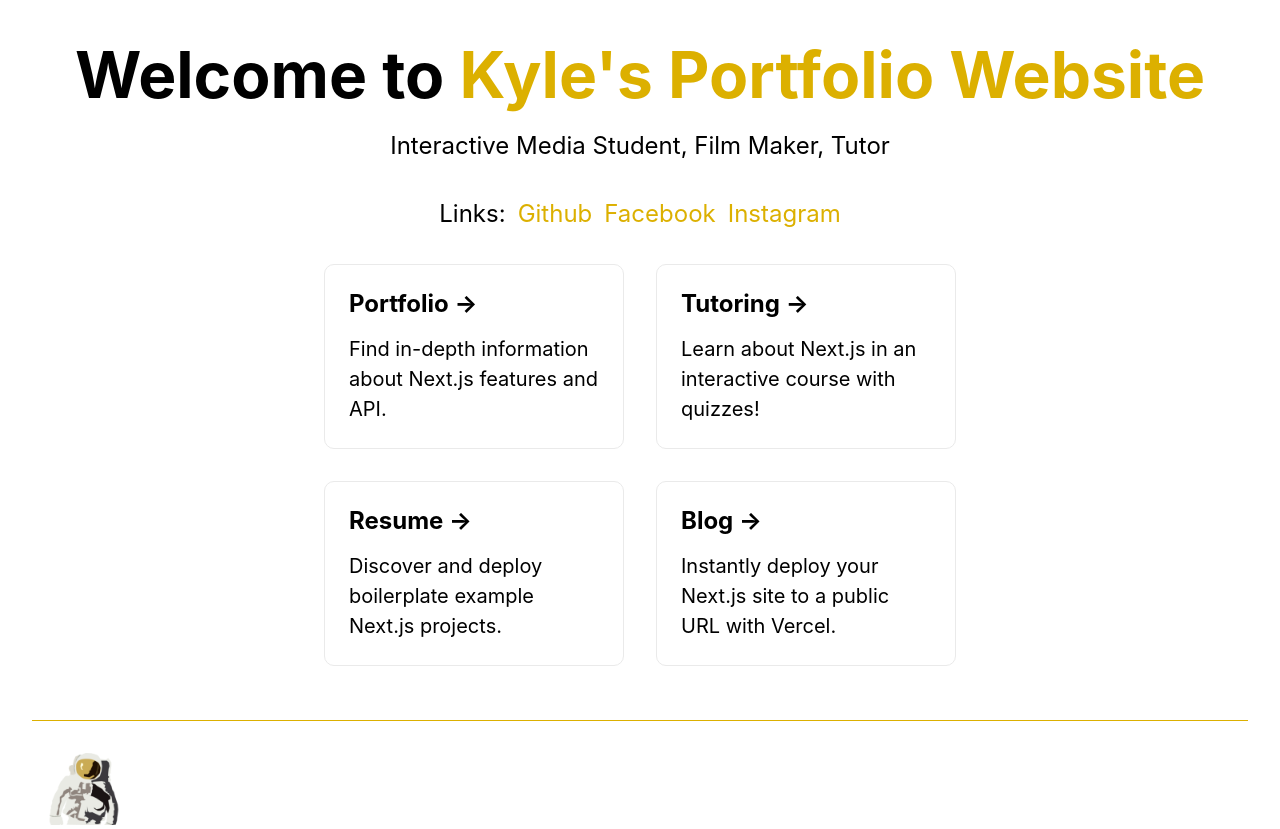
Repository: neomort/CL-portfolio-site
Page: /
These files come from the project's save history. The page is drawn as it stood at one moment and after the next save; the edit follows.
The browser window is 1280 px wide. The pictures show the whole page.
The project was rebuilt for these pictures with package versions that can differ from the ones it lists, and the page was loaded fresh each time. The framework's server and built-in components were replaced by stand-ins that run in the browser. Also part of the build but not shown: next.config.js.

Above is the page before, as saved 2021-12-14 14:37:11.

### pages/_document.js
import Document, { Html, Head, Main, NextScript } from 'next/document'

class MyDocument extends Document {


  render() {
    return (
      <Html>
        <Head>
        <link rel="apple-touch-icon" sizes="180x180" href="/images/favicons/apple-touch-icon.png" />
        <link rel="icon" type="image/png" sizes="32x32" href="/images/favicons/favicon-32x32.png" />
        <link rel="icon" type="image/png" sizes="16x16" href="/images/favicons/favicon-16x16.png" />
        <link rel="manifest" href="/images/favicons//site.webmanifest" />
        <link rel="mask-icon" href="/safari-pinned-tab.svg" color="#5bbad5" />
        <meta name="msapplication-TileColor" content="#da532c" />
        <meta name="theme-color" content="#ffffff"></meta>
        </Head>

        <body>
          <Main />
          <NextScript />
        </body>
      </Html>
    )
  }
}

export default MyDocument

### pages/index.js
import Head from 'next/head'
import Image from 'next/image'
import styles from '../styles/Home.module.css'

export default function Home() {
  return (
    <div className={styles.container}>
      <Head>
        <title>Kyle's Portfolio</title>
        <meta name="description" content="If you are reading this you are really impressive" />

      </Head>

      <main className={styles.main}>
        <h1 className={styles.title}>
          Welcome to <a href="https://kyleadams.com/">Kyle's Portfolio Website</a>
        </h1>

        <p className={styles.description}>
        Interactive Media Student, Film Maker, Tutor
        </p>

        <p className={styles.description}>
          Links:
          <a href="https://github.com/neomort">Github</a>
          <a href="https://github.com/neomort">Facebook</a>
          <a href="https://github.com/neomort">Instagram</a>
          {/* <code className={styles.code}>this is code</code> */}
        </p>

        <div className={styles.grid}>
          <a href="https://nextjs.org/docs" className={styles.card}>
            <h2>Portfolio &rarr;</h2>
            <p>Find in-depth information about Next.js features and API.</p>
          </a>

          <a href="https://nextjs.org/learn" className={styles.card}>
            <h2>Tutoring &rarr;</h2>
            <p>Learn about Next.js in an interactive course with quizzes!</p>
          </a>

          <a
            href="https://github.com/vercel/next.js/tree/master/examples"
            className={styles.card}
          >
            <h2>Resume &rarr;</h2>
            <p>Discover and deploy boilerplate example Next.js projects.</p>
          </a>

          <a
            href="https://vercel.com/new?utm_source=create-next-app&utm_medium=default-template&utm_campaign=create-next-app"
            className={styles.card}
          >
            <h2>Blog &rarr;</h2>
            <p>
              Instantly deploy your Next.js site to a public URL with Vercel.
            </p>
          </a>
        </div>
      </main>

      <footer className={styles.footer}>
        <a
          href="https://kyleadams.com/"
          target="_blank"
          rel="noopener noreferrer"
        >

          <span className={styles.logo}>
            <Image src="/images/favicons/apple-touch-icon.png" alt="Spaceman" width={72} height={72} />
          </span>
        </a>
      </footer>
    </div>
  )
}

### styles/Home.module.css
.container {
  padding: 0 2rem;
}

.main {
  min-height: 100vh;
  padding: 2rem 0;
  flex: 1;
  display: flex;
  flex-direction: column;
  justify-content: center;
  align-items: center;
}

.footer {
  display: flex;
  flex: 1;
  padding: 2rem 0;
  border-top: 1px solid #dcb000;
  justify-content: left;
  align-items: center;
}

.footer a {
  display: flex;
  justify-content: left;
  align-items: center;
  flex-grow: 1;
}

.title a {
  color: #dcb000;
  text-decoration: none;
}

.title a:hover,
.title a:focus,
.title a:active {
  text-decoration: underline;
}

.title {
  margin: 0;
  line-height: 1.15;
  font-size: 4rem;
}

.title,
.description {
  text-align: center;
}

.description {
  margin: 1rem 0;
  line-height: 1.5;
  font-size: 1.5rem;
}

.description a{
  padding-left: 0.75rem;
  color: #dcb000;
  text-decoration: none;
}

.code {
  background: #fafafa;
  border-radius: 5px;
  padding: 0.75rem;
  font-size: 1.1rem;
  font-family: Menlo, Monaco, Lucida Console, Liberation Mono, DejaVu Sans Mono,
    Bitstream Vera Sans Mono, Courier New, monospace;
}

.grid {
  display: flex;
  align-items: center;
  justify-content: center;
  flex-wrap: wrap;
  max-width: 800px;
}

.card {
  margin: 1rem;
  padding: 1.5rem;
  text-align: left;
  color: inherit;
  text-decoration: none;
  border: 1px solid #eaeaea;
  border-radius: 10px;
  transition: color 0.15s ease, border-color 0.15s ease;
  max-width: 300px;
}

.card:hover,
.card:focus,
.card:active {
  color: #0070f3;
  border-color: #0070f3;
}

.card h2 {
  margin: 0 0 1rem 0;
  font-size: 1.5rem;
}

.card p {
  margin: 0;
  font-size: 1.25rem;
  line-height: 1.5;
}

.logo {
  height: 2em;
  margin-left: 1rem;
}

@media (max-width: 600px) {
  .grid {
    width: 100%;
    flex-direction: column;
  }
}

Loaded but not shown: pages/_app.js (common file); styles/globals.css (common file)

After the next save:
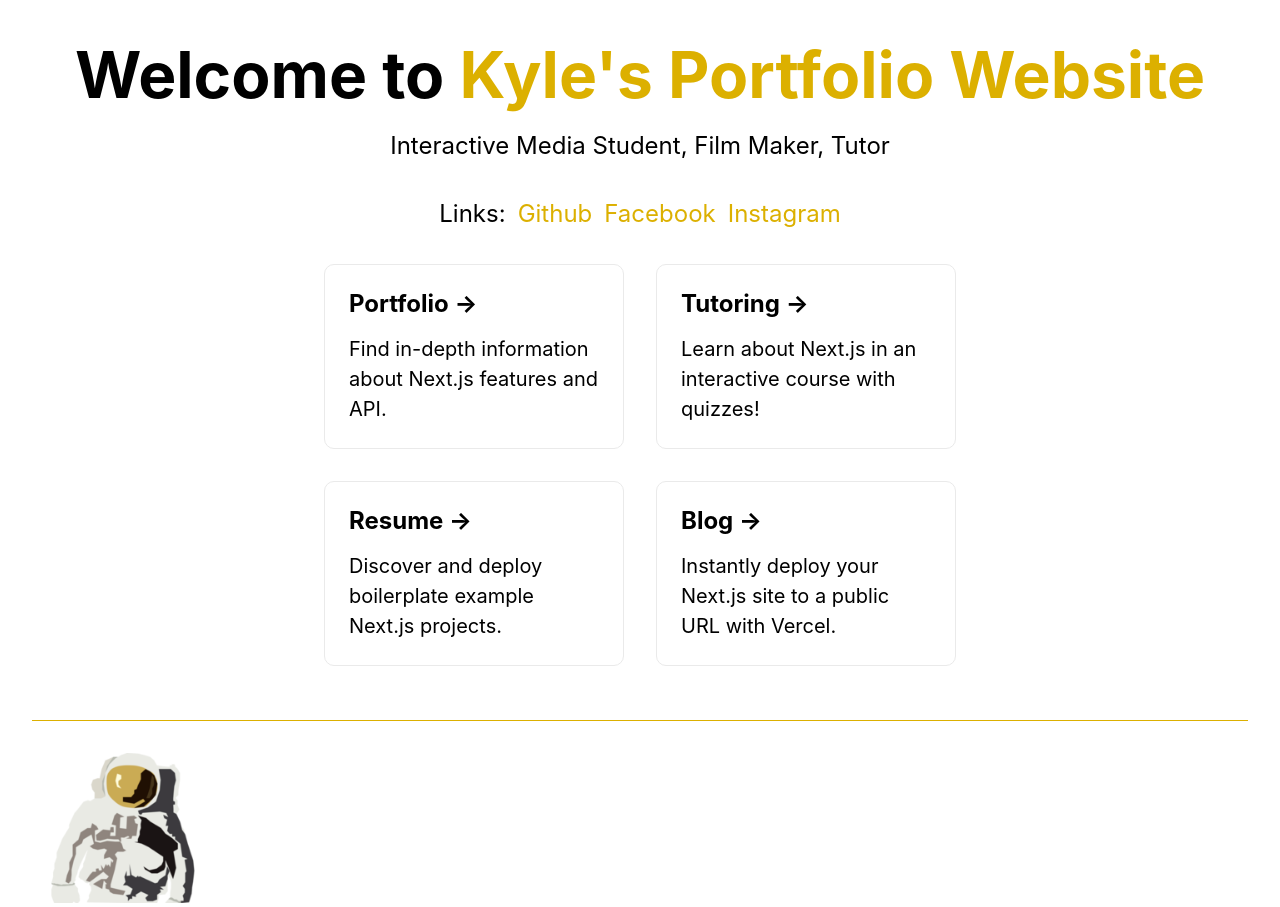
Saved 35 s later.
--- a/pages/index.js
+++ b/pages/index.js
@@ -67,7 +67,7 @@ export default function Home() {
         >
 
           <span className={styles.logo}>
-            <Image src="/images/favicons/apple-touch-icon.png" alt="Spaceman" width={72} height={72} />
+            <Image src="/images/favicons/apple-touch-icon.png" alt="Spaceman" width={150} height={150} />
           </span>
         </a>
       </footer>
